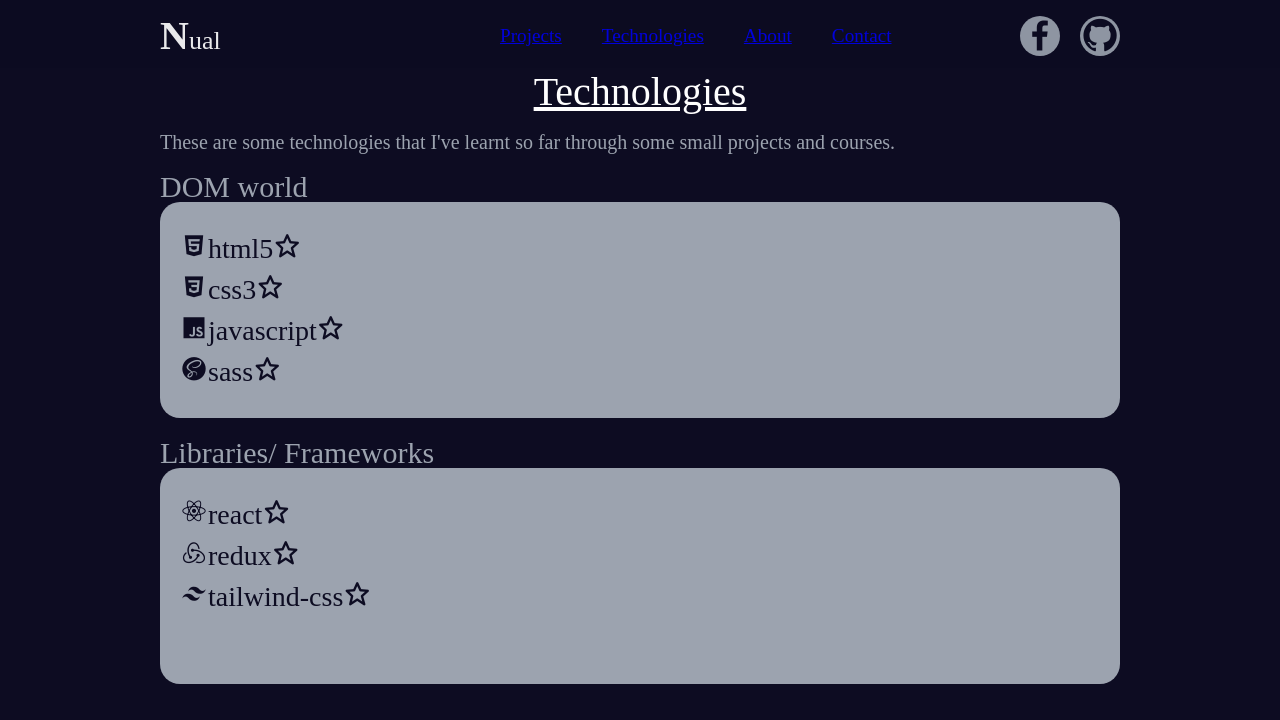
Repository: luanhoang0902/profile-react
Page: /Technologies
The author's editor kept a copy of each file at every save. The page is drawn from the files as they stood at one save, then again after the next save.
The browser window is 1280 px wide. The pictures show the whole page.
The project was rebuilt for these pictures with package versions that can differ from the ones it lists, and the page was loaded fresh each time. Also part of the build but not shown: src/css/Projects.css, src/features/Projects.jsx, src/css/About.css, src/features/About.jsx, src/css/Contact.css, src/features/Contact.jsx.

Above is the page before, as saved 2022-05-22 12:57:06.

### public/index.html
<!DOCTYPE html>
<html lang="en">
  <head>
    <meta charset="utf-8" />
    <link rel="icon" href="%PUBLIC_URL%/favicon.ico" />
    <meta name="viewport" content="width=device-width, initial-scale=1" />
    <meta name="theme-color" content="#000000" />
    <meta
      name="description"
      content="Web site created using create-react-app"
    />
    <link rel="apple-touch-icon" href="%PUBLIC_URL%/logo192.png" />
    <!--
      manifest.json provides metadata used when your web app is installed on a
      user's mobile device or desktop. See https://developers.google.com/web/fundamentals/web-app-manifest/
    -->
    <link rel="manifest" href="%PUBLIC_URL%/manifest.json" />
    <!--
      Notice the use of %PUBLIC_URL% in the tags above.
      It will be replaced with the URL of the `public` folder during the build.
      Only files inside the `public` folder can be referenced from the HTML.

      Unlike "/favicon.ico" or "favicon.ico", "%PUBLIC_URL%/favicon.ico" will
      work correctly both with client-side routing and a non-root public URL.
      Learn how to configure a non-root public URL by running `npm run build`.
    -->
    <link rel="stylesheet"
    href="https://cdn.jsdelivr.net/npm/boxicons@latest/css/boxicons.min.css">
    <!-- or -->
    <link rel="stylesheet"
    href="https://unpkg.com/boxicons@latest/css/boxicons.min.css">
    <title>React App</title>
  </head>
  <body>
    <noscript>You need to enable JavaScript to run this app.</noscript>
    <div id="root"></div>
    <!--
      This HTML file is a template.
      If you open it directly in the browser, you will see an empty page.

      You can add webfonts, meta tags, or analytics to this file.
      The build step will place the bundled scripts into the <body> tag.

      To begin the development, run `npm start` or `yarn start`.
      To create a production bundle, use `npm run build` or `yarn build`.
    -->
  </body>
</html>

### src/App.js
import './App.css';
import Intro from './components/Intro';
import Header from './components/Header'
import { Route, Routes } from 'react-router-dom';
import Projects from './features/Projects';
import Technologies from './features/Technologies';
import About from './features/About';
import Contact from './features/Contact';

function App() {
  return (
    <div className="App" style = {{background: '#0d0c22', color: '#fff'}}>
      <Intro/>
      <Header/>
      <Routes>
        <Route path = '/Projects' element = {<Projects/>} exact />
        <Route path = '/Technologies' element = {<Technologies/>} exact />
        <Route path = '/About' element = {<About/>} exact />
        <Route path = '/Contact' element = {<Contact/>} exact />
      </Routes>
    </div>
  );
}

export default App;

### src/App.css
/* http://meyerweb.com/eric/tools/css/reset/
   v2.0 | 20110126
   License: none (public domain)
*/
* {
	box-sizing: border-box;
}

html, body, div, span, applet, object, iframe,
h1, h2, h3, h4, h5, h6, p, blockquote, pre,
a, abbr, acronym, address, big, cite, code,
del, dfn, em, img, ins, kbd, q, s, samp,
small, strike, strong, sub, sup, tt, var,
b, u, i, center,
dl, dt, dd, ol, ul, li,
fieldset, form, label, legend,
table, caption, tbody, tfoot, thead, tr, th, td,
article, aside, canvas, details, embed,
figure, figcaption, footer, header, hgroup,
menu, nav, output, ruby, section, summary,
time, mark, audio, video {
	margin: 0;
	padding: 0;
	border: 0;
	font-size: 100%;
	font: inherit;
	vertical-align: baseline;
}
/* HTML5 display-role reset for older browsers */
article, aside, details, figcaption, figure,
footer, header, hgroup, menu, nav, section {
	display: block;
}
body {
	line-height: 1;
}
ul {
	list-style: none;
}
blockquote, q {
	quotes: none;
}
blockquote:before, blockquote:after,
q:before, q:after {
	content: '';
	content: none;
}
table {
	border-collapse: collapse;
	border-spacing: 0;
}

### src/components/Intro.jsx
import React, { useEffect, useRef } from 'react';
import PropTypes from 'prop-types';

import "../css/Intro.css"

Intro.propTypes = {

};

function Intro(props) {

    const intro = useRef()

    useEffect(() => {
        console.log(intro.current)
        setTimeout(() => {
            intro.current.classList.add('up')
        },4000)
    },[])

    return (
        <div className="intro" ref = {intro}>
            <span className="text-1">
                <div></div>
            </span>
            <span className="text-2">P</span>
            <span className="text-3">E</span>
            <span className="text-4">N</span>
        </div>
    );
}

export default Intro;

### src/components/Header.jsx
import React, { useEffect, useRef } from "react";
import PropTypes from "prop-types";

import "../css/Header.css";
import { Link } from "react-router-dom";

Header.propTypes = {};

function Header(props) {
  const varHeader = useRef();

  useEffect(() => {
    window.addEventListener("scroll", (event) => {
      let scrollY = window.scrollY;
      scrollY > 180
        ? varHeader.current.classList.add("abc")
        : varHeader.current.classList.remove("abc");
    });
  }, []);

  return (
    <div className="header" ref={varHeader}>
      <div className="header__content">
        <div className="header__one">Nual</div>
        <div className="header__two">
          <div>
            <Link to="/Projects">Projects</Link>
          </div>
          <div>
            <Link to="/Technologies">Technologies</Link>
          </div>
          <div>
            <Link to="/About">About</Link>
          </div>
          <div>
            <Link to="/Contact">Contact</Link>
          </div>
        </div>
        <div className="header__three">
          <a href="https://www.facebook.com/profile.php?id=100029577947626">
            <i class="bx bxl-facebook"></i>
          </a>
          <a href = 'https://github.com/luanhoang0902 '>
            <i class="bx bxl-github"></i>
          </a>
        </div>
      </div>
    </div>
  );
}

export default Header;

### src/features/Technologies.jsx
import React from 'react';
import PropTypes from 'prop-types';

import "../css/Technologies.css"

Technologies.propTypes = {

};
const doms = [
    {
        name: "html5",
        competently: [1, 2, 3, 4]
    },
    {
        name: "css3",
        competently: [1, 2, 3, 4]
    },
    {
        name: "javascript",
        competently: [1, 2, 3, 4]
    },
    {
        name: "sass",
        competently: [1, 2, 3, 4]
    }
]
const libraries = [
    {
        name: "react",
        competently: [1, 2, 3, 4]
    },
    {
        name: "redux",
        competently: [1, 2, 3, 4]
    }
    ,   {
        name: "tailwind-css",
        competently: [1, 2, 3, 4]
    }
]
function Technologies(props) {
    return (
        <div className = 'technologies'>
            <u>Technologies</u>
            <div className = 'technologies__content'>
                <span >
                These are some technologies that I've learnt
                so far through some small projects and courses.
                </span>
                <div className = 'technologies__content-1'>DOM world
                    <div className = 'technologies__content-item1'>
                    <ul>
                        {doms.map((dom) => (
                            <li><i class={`bx bxl-${dom.name}`}>{dom.name}</i><i class='bx bx-star'></i></li>
                        ))}
                    </ul>
                    </div>
                </div>
                <div className = 'technologies__content-2'>Libraries/ Frameworks
                    <div className = 'technologies__content-item2'>
                    <ul>
                        {libraries.map((librarie) => (
                            <li><i class={`bx bxl-${librarie.name}`}>{librarie.name}</i><i class='bx bx-star'></i></li>
                        ))}
                    </ul>
                    </div>
                </div>
            </div>
        </div>
    );
}

export default Technologies;

### src/css/Intro.css
@import url(./variable.css);

.intro {
    position: fixed;

    height: 100vh;
    width: 100vw;
    background-color: var(--black);

    color: var(--white);
    text-align: center;
    line-height: 100vh;

    font-size: 60px;
    font-weight: 600;
    transition: all 2s ease-out;
    z-index: 100;
}
.up {
    transform: translateY(-100%);
    opacity: 0;
}
.intro  span {
    display: inline-block;
}
.text-1 {
    display: inline-block;

    height: 50px;
    width: 50px;
    background-color: white;

    border: 5px solid var(--white);
    border-radius: 50%;

    animation: up 2s  infinite linear;
}
.text-2 {
    animation: up 2s  infinite linear 0.25s;
}
.text-3 {
    animation: up 2s  infinite linear 0.5s;
}
.text-4 {
    animation: up 2s  infinite linear 0.75s;
}
.text-1 div {
    height: 30px;
    width: 30px;
    background-color: white;

    border: 10px solid var(--black);
    border-right: transparent solid 10px;
    border-radius: 50%;

    animation: xoay 5s  infinite linear;
}
/* .in {
    height: 20px;
    width: 20px;
    background-color: white;

    border-right: 10px solid var(--black);
    border-radius: 50%;
} */

@keyframes xoay {
    from {
        transform: rotate(0);
    }
    to{
        transform: rotate(360deg);
    }
}

@keyframes up {
    0% {
        transform: translateY(0px);
    }
    50% {
        transform: translateY(-20px);
    }
    100% {
        transform: translateY(0px);
    }
}

@keyframes non1 {
    to{
        transform: translateY(-100%);
    }
}

### src/css/Header.css
@import url(./variable.css);

.header {
    position: fixed;

    height: 10vh;
    width: 100vw;

}
.abc {
    background-color: var(--black)
}
.header__content {
    display: flex;

    height: 100%;
    width: 75vw;

    margin: 0 auto;
}
.header__content div {
    height: 100%;
    width: 25vw;

    line-height: 10vh;
}
.header__one {
    font-size: 26px;
}
.header__one::first-letter {
    font-size: 40px;
    font-weight: 600;
}
.header__two {
    display: flex;
}
.header__two div {
    color: var(--gray);
    font-size: 1.2rem;

    transition: all 0.5s ease;
    margin: 0 20px;
}
.header__two div:hover {
    color: var(--white);
    transform: scale(1.2);
    cursor: pointer;
}
.header__three div:hover {
    background-color: var(--white);
    transform: scale(1.2);
    cursor: pointer;
}
.header__three {
    display: flex;
    align-items: center;
    justify-content: flex-end;
}
.header__three a {
    height: 40px;
    width: 40px;
    background-color: var(--gray);

    border-radius: 50%;
    margin-left: 20px ;

    color: var(--black);
    font-size: 40px;
    text-align: center;
    line-height:40px;

}

### src/css/Technologies.css
.technologies {
    height: 100vh;
    width: 75vw;


    margin: 0 auto;
    padding-top: 10vh;

    text-align: center;
    font-size: 20px;

}
.technologies u {
    font-size: 40px;
}
.technologies__content {
    width: 75vw;

    margin-top: 20px;

    text-align: left;

    color: var(--gray)
}
.technologies__content-1,
.technologies__content-2 {
    margin-top: 20px;
    font-size: 30px;
}
.technologies__content-item1,
.technologies__content-item2 {
    height: 30vh;
    width: 75vw;

    background-color: var(--gray);

    padding: 20px;

    color: var(--black);

    border-radius: 20px;
}
.technologies__content-item1 li,
.technologies__content-item2 li {

    font-size: 28px;
    margin-top: 10px;
}
.technologies__content-item1 ul,
.technologies__content-item2 ul {

}
.bx-star{
    text-align: right
}

### src/css/variable.css
:root {
    --black: #0d0c22;
    --white: white;
    --gray: #9ca3af;
}

Loaded but not shown: src/index.js (common file)

After the next save:
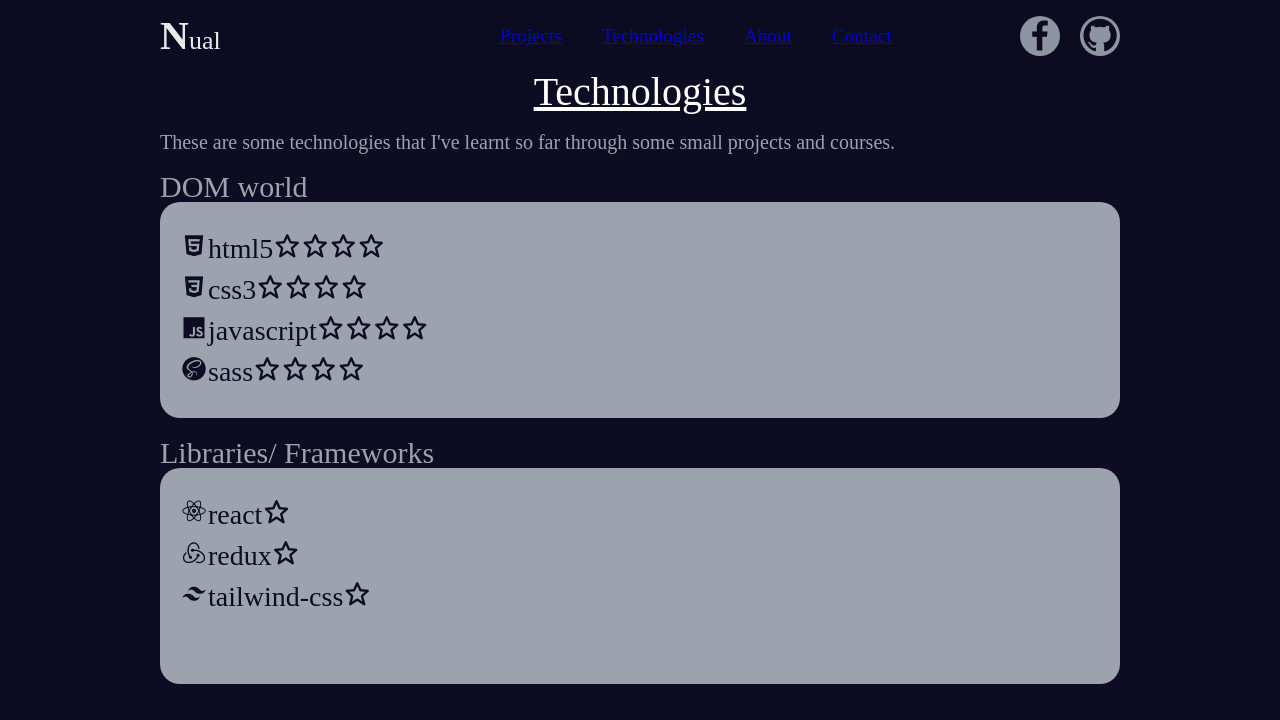
Saved 97 s later.
--- a/src/features/Technologies.jsx
+++ b/src/features/Technologies.jsx
@@ -51,7 +51,10 @@ function Technologies(props) {
                     <div className = 'technologies__content-item1'>
                     <ul>
                         {doms.map((dom) => (
-                            <li><i class={`bx bxl-${dom.name}`}>{dom.name}</i><i class='bx bx-star'></i></li>
+                            <li><i class={`bx bxl-${dom.name}`}>{dom.name}</i>
+                            {dom.competently.map((comp) =>
+                            (<i class='bx bx-star'></i>))}
+                            </li>
                         ))}
                     </ul>
                     </div>
